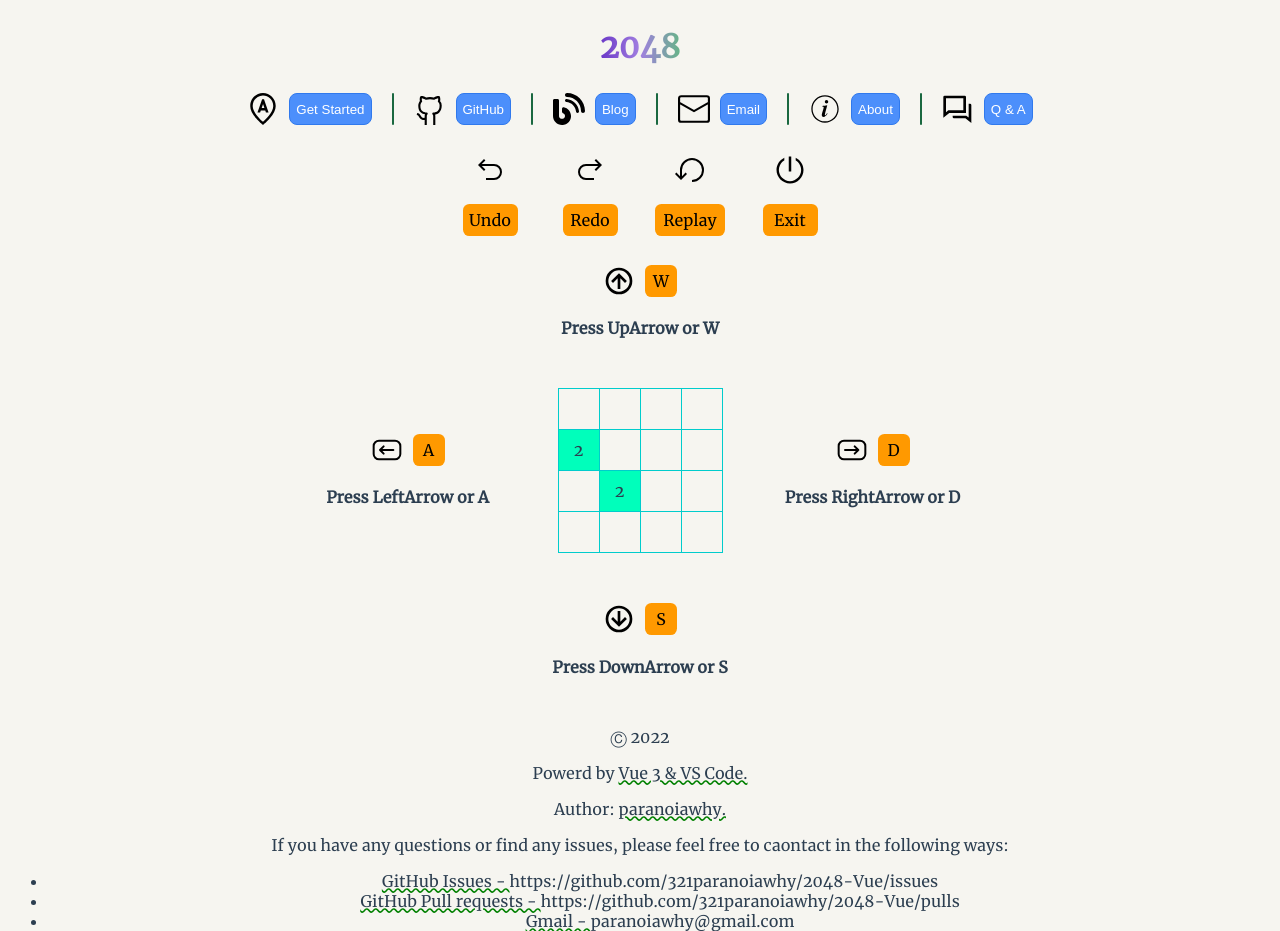
Repository: 321paranoiawhy/2048
Page: /
An editor plug-in stored every save of this project. The page is shown before and after the next save, followed by the edit.
The browser window is 1280 px wide. The pictures show the whole page.
The project was rebuilt for these pictures with package versions that can differ from the ones it lists, and the page was loaded fresh each time. Also part of the build but not shown: vue.config.js.

Above is the page before, as saved 2022-04-28 10:21:29.

After the next save:
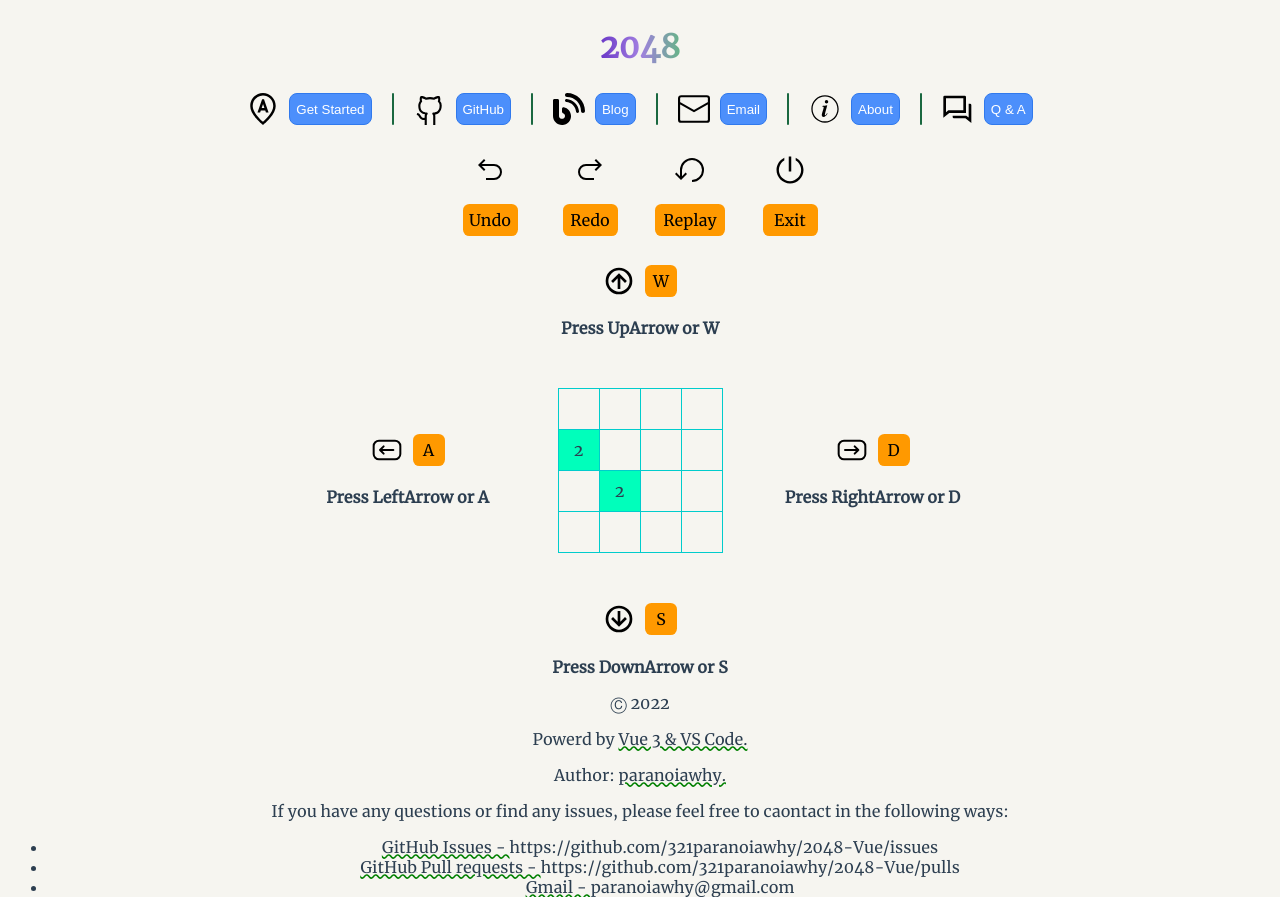
Saved 96 s later.
--- a/src/components/footer.vue
+++ b/src/components/footer.vue
@@ -37,6 +37,6 @@
     text-decoration: green wavy underline;
 }
 footer {
-    margin: 50px 0 20px;
+    margin-bottom: 20px;
 }
 </style>
